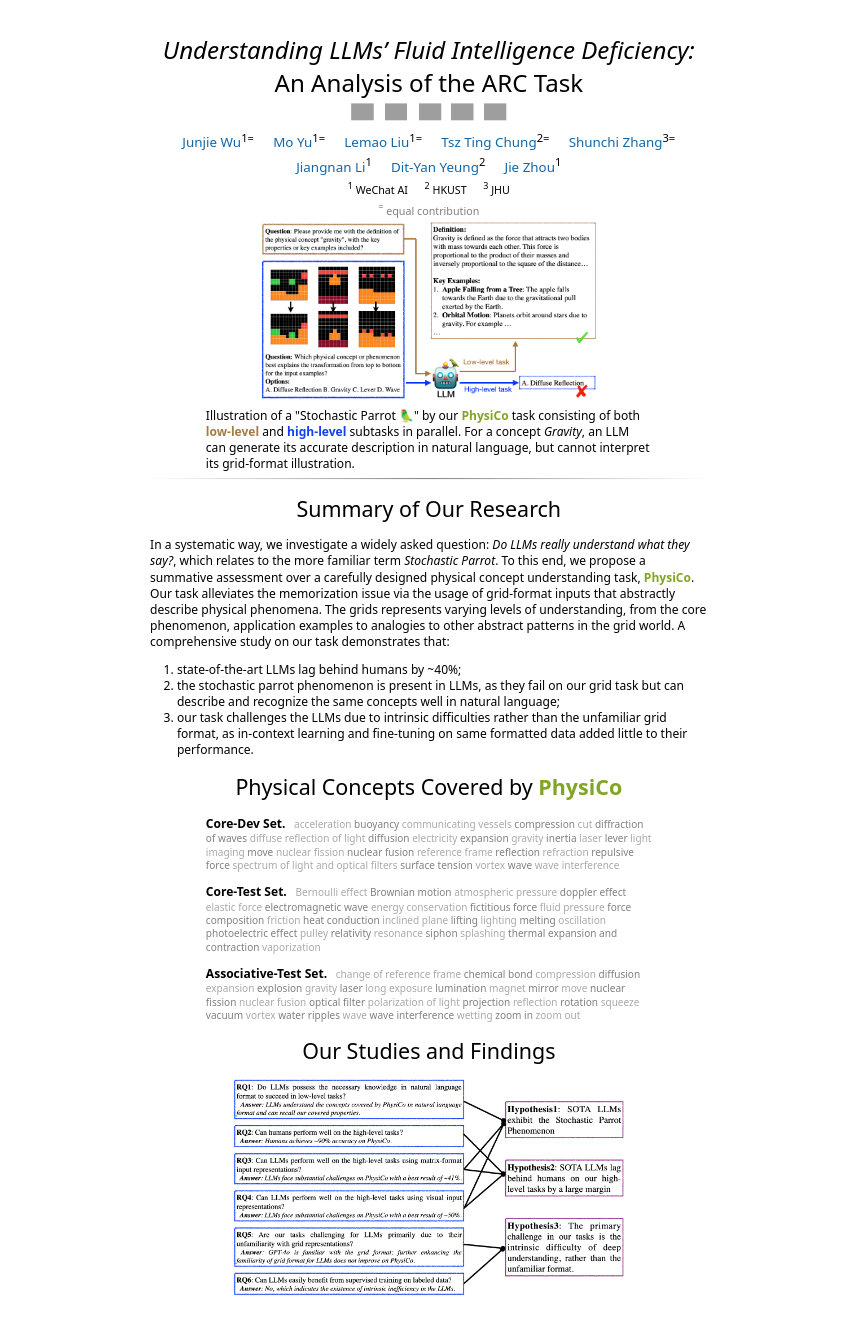
Repository: wujunjie1998/araoc-benchmark.github.io
Page: index.html
The author's editor kept a copy of each file at every save. The page is drawn from the files as they stood at one save, then again after the next save.
The browser window is 1280 px wide. The pictures show the whole page, at 67% of full size.
Pictures or frames that could not be fetched are drawn as grey boxes.

Above is the page before, as saved 2025-02-07 21:03:16.

### index.html
<html>
  <head>
    <title>
      Understanding LLMs’ Fluid Intelligence Deficiency: An Analysis of the ARC Task
    </title>
    <link
      rel="icon"
      href="data:[embedded picture, 137 characters]"
    />
    <meta charset="UTF-8" />
    <meta name="viewport" content="width=device-width, initial-scale=1" />
    <link rel="stylesheet" href="./css/index.css" />
  </head>

  <body>
    <div class="header">
      <div class="paper-title">
        <i>Understanding LLMs’ Fluid Intelligence Deficiency:</i>
        <br />
        An Analysis of the ARC Task
      </div>
      <div>
        <!-- * Paper -->
        <span class="link-block">
          <a target="_blank" href="./paper.pdf"
            ><img
              class="badge"
              src="https://img.shields.io/badge/Paper-PDF-red?&labelColor=lightgray&logo=arxiv&logoColor=brown" /><img
          /></a>
        </span>
        <!-- * Dataset -->
        <span class="link-block">
          <a
            target="_blank"
            href="https://huggingface.co/datasets/ShunchiZhang/PhysiCo/"
            ><img
              class="badge"
              src="https://img.shields.io/badge/HuggingFace-Dataset-yellow?labelColor=lightgray&logo=huggingface" /><img
          /></a>
        </span>
        <!-- * Code -->
        <span class="link-block">
          <a target="_blank" href="https://github.com/physico-benchmark/physico"
            ><img
              class="badge"
              src="https://img.shields.io/badge/GitHub-Code-gray?labelColor=lightgray&logo=github&logoColor=gray" /><img /></a
        ></span>
        <!-- * Leaderboard -->
        <span class="link-block">
          <a href="./leaderboard.html"
            ><img
              class="badge"
              src="https://img.shields.io/badge/Leaderboard-Visit-blue?labelColor=lightgray&logo=stackblitz&logoColor=367BAF" /><img /></a
        ></span>
        <!-- * X Threads -->
        <span class="link-block">
          <a href="https://x.com/jieeijjie/status/1876713099752861782"
            ><img
              class="badge"
              src="https://img.shields.io/badge/Threads-black?labelColor=lightgray&logo=x&logoColor=gray" /><img /></a
        ></span>
      </div>
      <div>
        <div class="author-list">
          <span class="author-block"
            ><a href="https://wujunjie1998.github.io/">Junjie Wu</a
            ><sup>1=</sup></span
          >
          <span class="author-block"
            ><a href="https://sites.google.com/site/moyunlp/">Mo Yu</a
            ><sup>1=</sup></span
          >
          <span class="author-block"
            ><a href="https://lemaoliu.github.io/homepage/">Lemao Liu</a
            ><sup>1=</sup></span
          >
          <span class="author-block"
            ><a href="https://ttchungc.github.io/">Tsz Ting Chung</a
            ><sup>2=</sup></span
          >
          <span class="author-block"
            ><a href="https://shunchizhang.github.io">Shunchi Zhang</a
            ><sup>3=</sup></span
          >
        </div>
        <div class="author-list">
          <span class="author-block"
            ><a href="https://openreview.net/profile?id=~Jiangnan_Li2"
              >Jiangnan Li</a
            ><sup>1</sup></span
          >
          <span class="author-block"
            ><a href="https://sites.google.com/view/dyyeung">Dit-Yan Yeung</a
            ><sup>2</sup></span
          >
          <span class="author-block"
            ><a href="https://openreview.net/profile?id=~Jie_Zhou8">Jie Zhou</a
            ><sup>1</sup></span
          >
        </div>
        <div class="inst-list">
          <span class="institution-block"><sup>1</sup> WeChat AI</span>
          <span class="institution-block"><sup>2</sup> HKUST</span>
          <span class="institution-block"><sup>3</sup> JHU</span>
        </div>
        <div class="note-block"><sup>=</sup> equal contribution</div>
      </div>
    </div>

    <div class="teaser">
      <center>
        <img src="./img/teaser.png" />
        <figcaption>
          Illustration of a "Stochastic Parrot 🦜" by our
          <span class="dataset-name">PhysiCo</span> task consisting of both
          <b style="color: #a47b48">low-level</b> and
          <b style="color: #153cf9">high-level</b> subtasks in parallel. For a
          concept <i>Gravity</i>, an LLM can generate its accurate description
          in natural language, but cannot interpret its grid-format
          illustration.
        </figcaption>
      </center>
    </div>

    <hr />

    <!-- ^ Summary of Our Research -->
    <center><h1>Summary of Our Research</h1></center>
    <div class="content">
      <!-- <p style="font-size: large; text-align: center">
        <b>TL;DR:</b>
      </p> -->
      <p>
        In a systematic way, we investigate a widely asked question:
        <i>Do LLMs really understand what they say?</i>, which relates to the
        more familiar term <i>Stochastic Parrot</i>. To this end, we propose a
        summative assessment over a carefully designed physical concept
        understanding task, <span class="dataset-name">PhysiCo</span>. Our task
        alleviates the memorization issue via the usage of grid-format inputs
        that abstractly describe physical phenomena. The grids represents
        varying levels of understanding, from the core phenomenon, application
        examples to analogies to other abstract patterns in the grid world. A
        comprehensive study on our task demonstrates that:
      </p>
      <ol>
        <li>state-of-the-art LLMs lag behind humans by ~40%;</li>
        <li>
          the stochastic parrot phenomenon is present in LLMs, as they fail on
          our grid task but can describe and recognize the same concepts well in
          natural language;
        </li>
        <li>
          our task challenges the LLMs due to intrinsic difficulties rather than
          the unfamiliar grid format, as in-context learning and fine-tuning on
          same formatted data added little to their performance.
        </li>
      </ol>
    </div>

    <!-- ^ Physical Concepts Covered by `PhysiCo` -->
    <center>
      <h1>
        Physical Concepts Covered by <span class="dataset-name">PhysiCo</span>
      </h1>
    </center>
    <div class="content narrower">
      <p>
        <strong>Core-Dev Set.</strong>&ensp;<span style="font-size: smaller">
          <span style="color: darkgray">acceleration</span>
          <span style="color: gray">buoyancy</span>
          <span style="color: darkgray">communicating vessels</span>
          <span style="color: gray">compression</span>
          <span style="color: darkgray">cut</span>
          <span style="color: gray">diffraction of waves</span>
          <span style="color: darkgray">diffuse reflection of light</span>
          <span style="color: gray">diffusion</span>
          <span style="color: darkgray">electricity</span>
          <span style="color: gray">expansion</span>
          <span style="color: darkgray">gravity</span>
          <span style="color: gray">inertia</span>
          <span style="color: darkgray">laser</span>
          <span style="color: gray">lever</span>
          <span style="color: darkgray">light imaging</span>
          <span style="color: gray">move</span>
          <span style="color: darkgray">nuclear fission</span>
          <span style="color: gray">nuclear fusion</span>
          <span style="color: darkgray">reference frame</span>
          <span style="color: gray">reflection</span>
          <span style="color: darkgray">refraction</span>
          <span style="color: gray">repulsive force</span>
          <span style="color: darkgray"
            >spectrum of light and optical filters</span
          >
          <span style="color: gray">surface tension</span>
          <span style="color: darkgray">vortex</span>
          <span style="color: gray">wave</span>
          <span style="color: darkgray">wave interference</span></span
        >
      </p>
      <p>
        <strong>Core-Test Set.</strong>&ensp;<span style="font-size: smaller">
          <span style="color: darkgray">Bernoulli effect</span>
          <span style="color: gray">Brownian motion</span>
          <span style="color: darkgray">atmospheric pressure</span>
          <span style="color: gray">doppler effect</span>
          <span style="color: darkgray">elastic force</span>
          <span style="color: gray">electromagnetic wave</span>
          <span style="color: darkgray">energy conservation</span>
          <span style="color: gray">fictitious force</span>
          <span style="color: darkgray">fluid pressure</span>
          <span style="color: gray">force composition</span>
          <span style="color: darkgray">friction</span>
          <span style="color: gray">heat conduction</span>
          <span style="color: darkgray">inclined plane</span>
          <span style="color: gray">lifting</span>
          <span style="color: darkgray">lighting</span>
          <span style="color: gray">melting</span>
          <span style="color: darkgray">oscillation</span>
          <span style="color: gray">photoelectric effect</span>
          <span style="color: darkgray">pulley</span>
          <span style="color: gray">relativity</span>
          <span style="color: darkgray">resonance</span>
          <span style="color: gray">siphon</span>
          <span style="color: darkgray">splashing</span>
          <span style="color: gray">thermal expansion and contraction</span>
          <span style="color: darkgray">vaporization</span></span
        >
      </p>
      <p>
        <strong>Associative-Test Set.</strong>&ensp;<span
          style="font-size: smaller"
        >
          <span style="color: darkgray">change of reference frame</span>
          <span style="color: gray">chemical bond</span>
          <span style="color: darkgray">compression</span>
          <span style="color: gray">diffusion</span>
          <span style="color: darkgray">expansion</span>
          <span style="color: gray">explosion</span>
          <span style="color: darkgray">gravity</span>
          <span style="color: gray">laser</span>
          <span style="color: darkgray">long exposure</span>
          <span style="color: gray">lumination</span>
          <span style="color: darkgray">magnet</span>
          <span style="color: gray">mirror</span>
          <span style="color: darkgray">move</span>
          <span style="color: gray">nuclear fission</span>
          <span style="color: darkgray">nuclear fusion</span>
          <span style="color: gray">optical filter</span>
          <span style="color: darkgray">polarization of light</span>
          <span style="color: gray">projection</span>
          <span style="color: darkgray">reflection</span>
          <span style="color: gray">rotation</span>
          <span style="color: darkgray">squeeze</span>
          <span style="color: gray">vacuum</span>
          <span style="color: darkgray">vortex</span>
          <span style="color: gray">water ripples</span>
          <span style="color: darkgray">wave</span>
          <span style="color: gray">wave interference</span>
          <span style="color: darkgray">wetting</span>
          <span style="color: gray">zoom in</span>
          <span style="color: darkgray">zoom out</span></span
        >
      </p>
    </div>

    <!-- ^ Our Studies and Findings -->
    <center><h1>Our Studies and Findings</h1></center>
    <div class="content">
      <!-- <p>Foo Bar</p> -->
      <center>
        <img src="./img/rq.png" width="70%" />
        <!-- <figcaption style="text-align: center">
          6 Research Questions (RQs) and 3 Hypotheses
        </figcaption> -->
      </center>
    </div>
  </body>
</html>

### css/index.css
@import url("https://fonts.googleapis.com/css2?family=Noto+Sans:ital,wght@0,100..900;1,100..900&display=swap");

body {
  font-family: "Noto Sans", sans-serif;
  font-optical-sizing: auto;
  font-style: normal;
  font-variation-settings: "wdth" 100;
  font-weight: 400;
  font-size: 18px;
  margin: 50px auto;
  width: 65%;
}

div.header,
div.teaser,
div.content {
  margin-left: auto;
  margin-right: auto;
}

div.narrower {
  width: 80% !important;
}

div.header div {
  margin: 6px;
  text-align: center;
}

div.teaser img {
  max-width: 60%;
}

.paper-title {
  font-size: 36px;
}

.author-block {
  font-size: 20px;
  margin: 0px 12px;
}

.institution-block {
  font-size: 16px;
  margin: 0px 10px;
}

.note-block {
  color: gray;
  font-size: 16px;
}

.link-block {
  font-size: 24px;
  font-weight: bold;
  margin: 0px 5px;
}

.badge {
  width: auto;
  height: 2vw;
}

.dataset-name {
  font-weight: bold;
  color: #81a526;
}

h1 {
  font-size: 32px;
  font-weight: 300;
}

.disclaimerbox {
  background-color: #eee;
  border: 1px solid #eeeeee;
  border-radius: 10px;
  -moz-border-radius: 10px;
  -webkit-border-radius: 10px;
  padding: 20px;
}

video.header-vid {
  height: 140px;
  border: 1px solid black;
  border-radius: 10px;
  -moz-border-radius: 10px;
  -webkit-border-radius: 10px;
}

figcaption {
  margin: 10px 0px;
  width: 80%;
  text-align: left;
}

img.header-img {
  height: 140px;
  border: 1px solid black;
  border-radius: 10px;
  -moz-border-radius: 10px;
  -webkit-border-radius: 10px;
}

img.rounded {
  border: 1px solid #eeeeee;
  border-radius: 10px;
  -moz-border-radius: 10px;
  -webkit-border-radius: 10px;
}

a:link,
a:visited {
  color: #1367a7;
  text-decoration: none;
}
a:hover {
  color: #208799;
}

td.dl-link {
  height: 160px;
  text-align: center;
  font-size: 22px;
}

.vert-cent {
  position: relative;
  top: 50%;
  transform: translateY(-50%);
}

hr {
  border: 0;
  height: 1px;
  background-image: linear-gradient(
    to right,
    rgba(0, 0, 0, 0),
    rgba(0, 0, 0, 0.75),
    rgba(0, 0, 0, 0)
  );
}

.citation {
  text-align: left;
  font-family: monospace;
  font-size: 8pt;
  text-wrap: auto;
}

@media screen and (max-width: 1120px) {
  body {
    font-size: 16px;
    width: 90%;
  }
  div.teaser img {
    max-width: 100%;
  }
  .paper-title {
    font-size: 26px;
  }
  .author-block,
  .institution-block,
  .note-block {
    font-size: 14px;
  }
  .link-block {
    font-size: 20px;
  }
  .badge {
    width: auto;
    height: 28px;
    margin-top: 3px;
    margin-bottom: 3px;
  }
  h1 {
    font-size: 26px;
  }
}

After the next save:
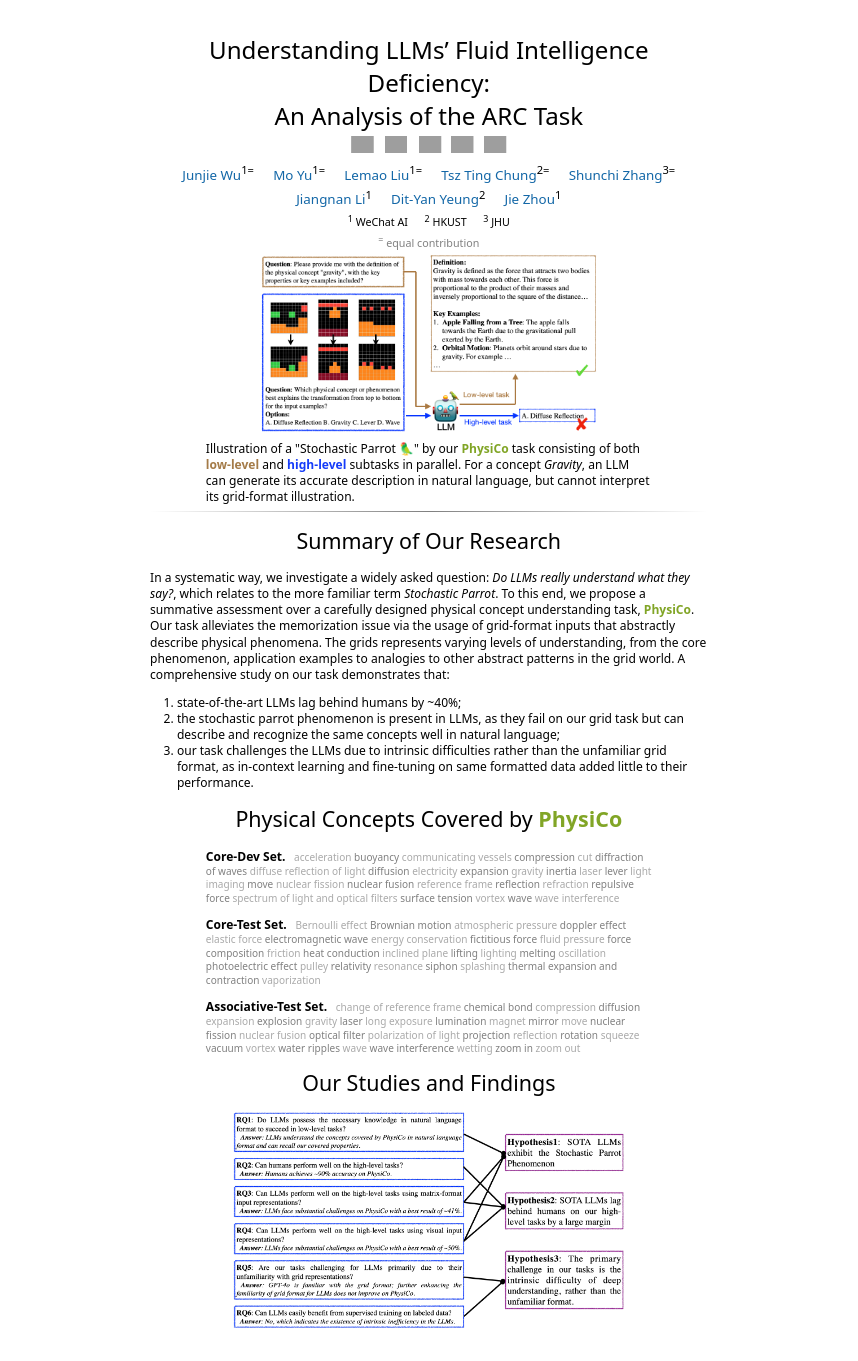
Saved 27 s later.
--- a/index.html
+++ b/index.html
@@ -15,7 +15,7 @@
   <body>
     <div class="header">
       <div class="paper-title">
-        <i>Understanding LLMs’ Fluid Intelligence Deficiency:</i>
+        Understanding LLMs’ Fluid Intelligence Deficiency:
         <br />
         An Analysis of the ARC Task
       </div>
